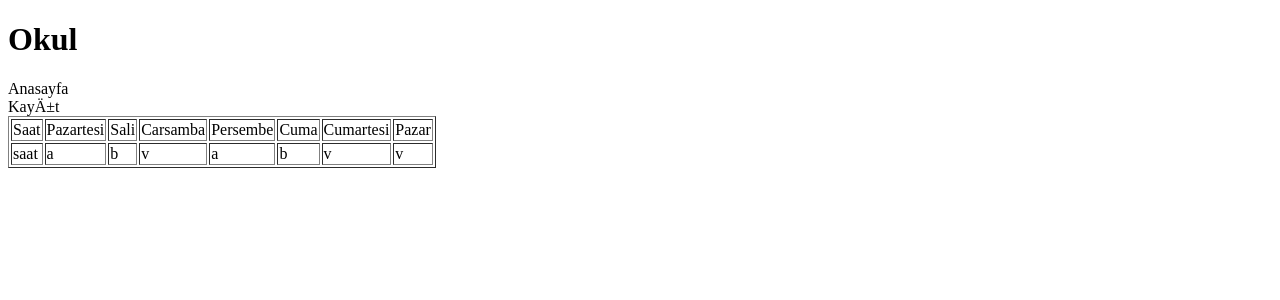
Repository: Egemen-ve-Burakhan-internet-final/final
Page: http://localhost/ogretim/
An editor plug-in stored every save of this project. The page is shown before and after the next save, followed by the edit.
The browser window is 1280 px wide. The pictures show the whole page.
The page is served by Tomcat 9. Other server files are loaded and not shown.

Above is the page before, as saved 2020-05-25 13:46:29.

### okul/ogretim/WebContent/index.jsp
<%@ page language="java" contentType="text/html; charset=ISO-8859-1"
    pageEncoding="ISO-8859-1"%>
<!DOCTYPE html>
<html>
<head>
<meta charset="ISO-8859-1">
<title>Insert title here</title>
</head>
<body>
	<div>
		<div>
			<h1>Okul</h1>
		</div>

		<div>
			<div col-md-6>Anasayfa</div>
			<div col-md-6>Kayıt</div>
		</div>

		<div>
			<table border = 1px>
				<tr>
					<td>Saat</td>
					<td>Pazartesi</td>
					<td>Sali</td>
					<td>Carsamba</td>
					<td>Persembe</td>
					<td>Cuma</td>
					<td>Cumartesi</td>
					<td>Pazar</td>
				</tr>
				<tr>
					<td>saat</td>
					<td>a</td>
					<td>b</td>
					<td>v</td>
					<td>a</td>
					<td>b</td>
					<td>v</td>
					<td>v</td>
				</tr>
			</table>
		</div>

	</div>
</body>
</html>

After the next save:
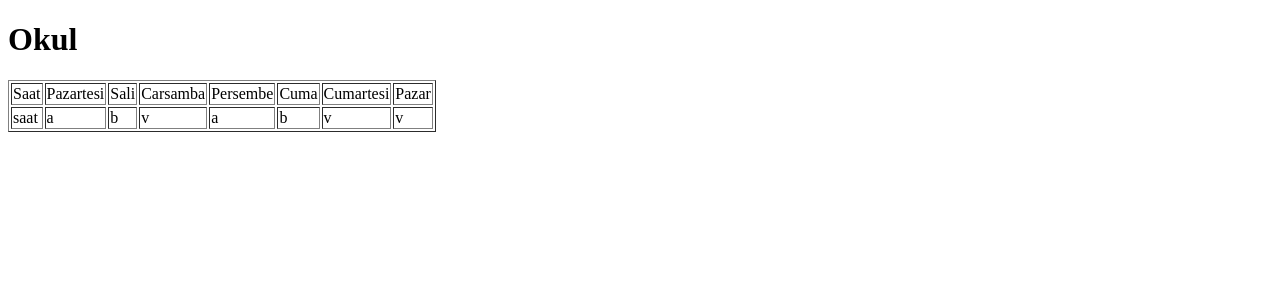
Saved 26 s later.
--- a/okul/ogretim/WebContent/index.jsp
+++ b/okul/ogretim/WebContent/index.jsp
@@ -13,8 +13,7 @@
 		</div>
 
 		<div>
-			<div col-md-6>Anasayfa</div>
-			<div col-md-6>Kayıt</div>
+
 		</div>
 
 		<div>
